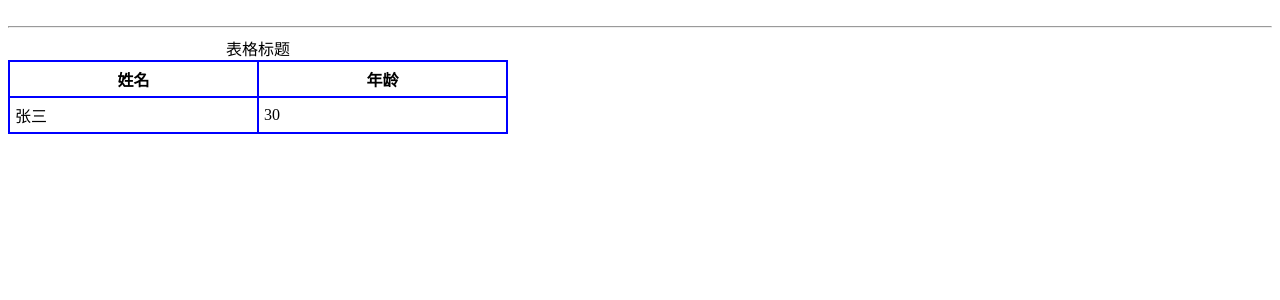
Repository: tangchengjingwen/javaLearningCode
Page: javaLearningCode/day29_html/table.html
An editor plug-in stored every save of this project. The page is shown before and after the next save, followed by the edit.
The browser window is 1280 px wide. The pictures show the whole page.

Above is the page before, as saved 2012-05-13 06:32:19.

### javaLearningCode/day29_html/table.html
<!DOCTYPE HTML PUBLIC "-//W3C//DTD HTML 4.01//EN" "http://www.w3.org/TR/html4/strict.dtd">
<html>
	<head>
		<meta http-equiv="Content-Type" content="text/html; charset=GBK">
		<title>Untitled Document</title>
	</head>
	<body>

		<table>
			<tr>
				<td></td>
			</tr>
			<tr>
				<td></td>
				<td></td>
			</tr>
		</table>
		<HR/>

		<table border="1" bordercolor="blue" cellpadding="5" cellspacing="0" width="500" >
			<caption>表格标题</caption>
			<tr>
				<th>姓名</th>
				<th>年龄</th>
			</tr>
			<tr>
				<td>张三</td>
				<td>30</td>
			</tr>
		</table>



	</body>
</html>

After the next save:
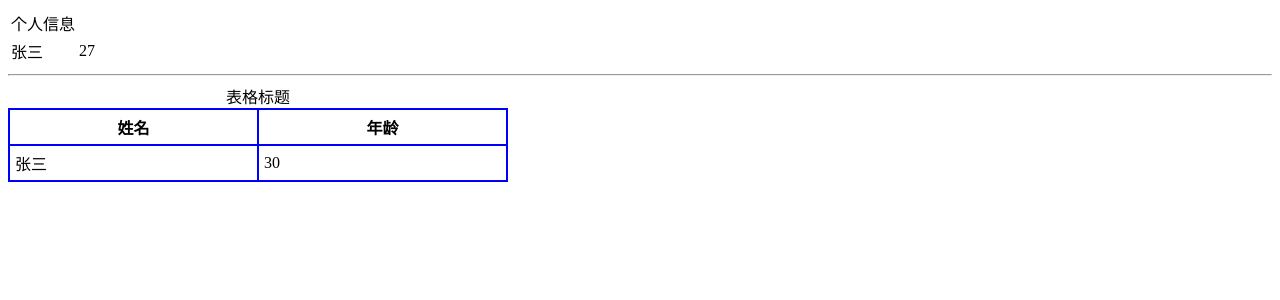
Saved 27 s later.
--- a/javaLearningCode/day29_html/table.html
+++ b/javaLearningCode/day29_html/table.html
@@ -8,11 +8,11 @@
 
 		<table>
 			<tr>
-				<td></td>
+				<td>个人信息</td>
 			</tr>
 			<tr>
-				<td></td>
-				<td></td>
+				<td>张三</td>
+				<td>27</td>
 			</tr>
 		</table>
 		<HR/>
